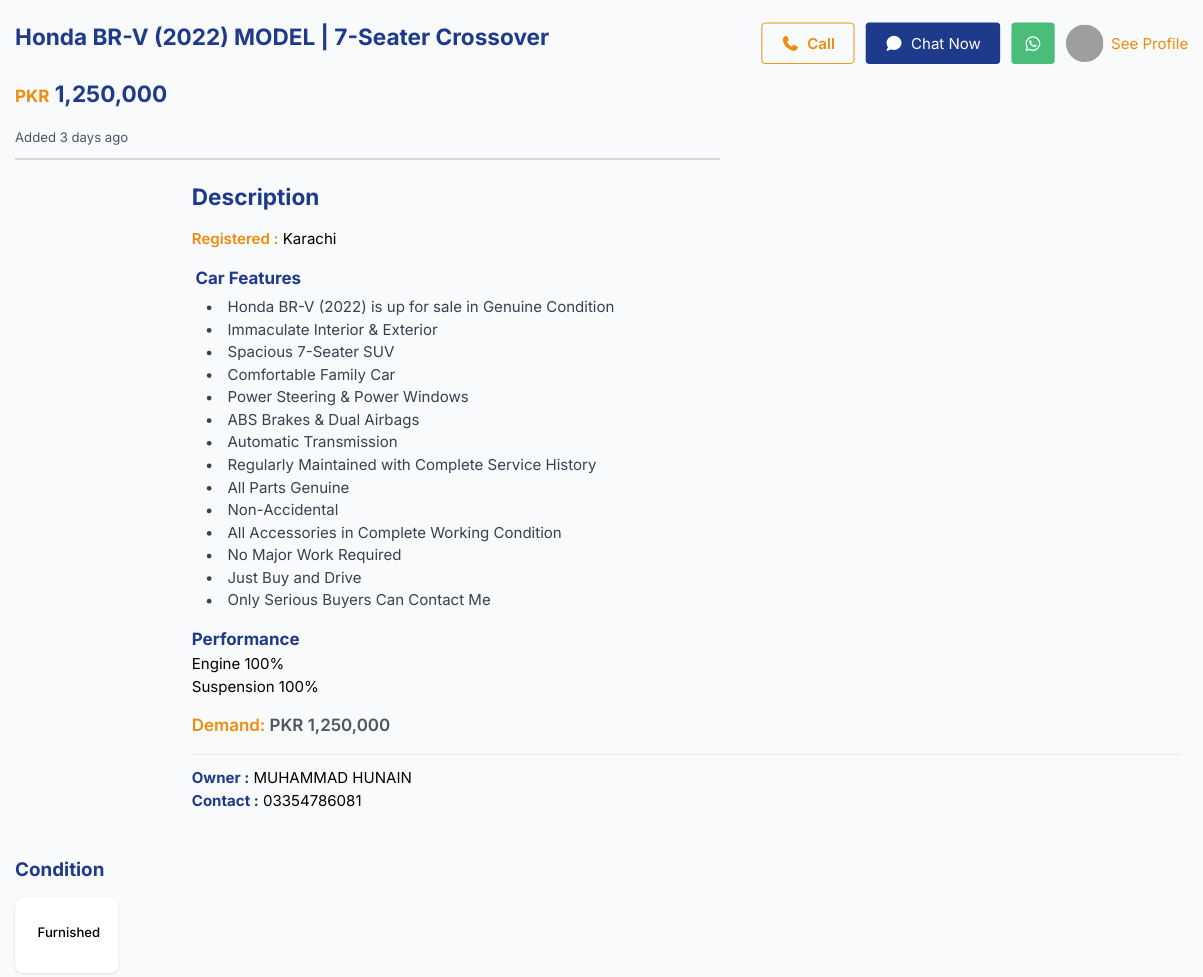
Repository: ARFA-SAEED/miljayega
Page: src/motorsPage/bikes_1.html
These files come from the project's save history. The page is drawn as it stood at one moment and after the next save; the edit follows.
The browser window is 1280 px wide. The pictures show the part of the page from y = 633 to 1672 px (the page is 2654 px tall), at 94% of full size.
Pictures or frames that could not be fetched are drawn as grey boxes. A picture or video elsewhere on the page could not be fetched, so the positions and the page height are approximate. Some web fonts or font styles are not loaded; a fallback is used. Some web libraries are served in a nearby version.

Above is the page before, as saved 2025-08-25 13:32:03.

After the next save:
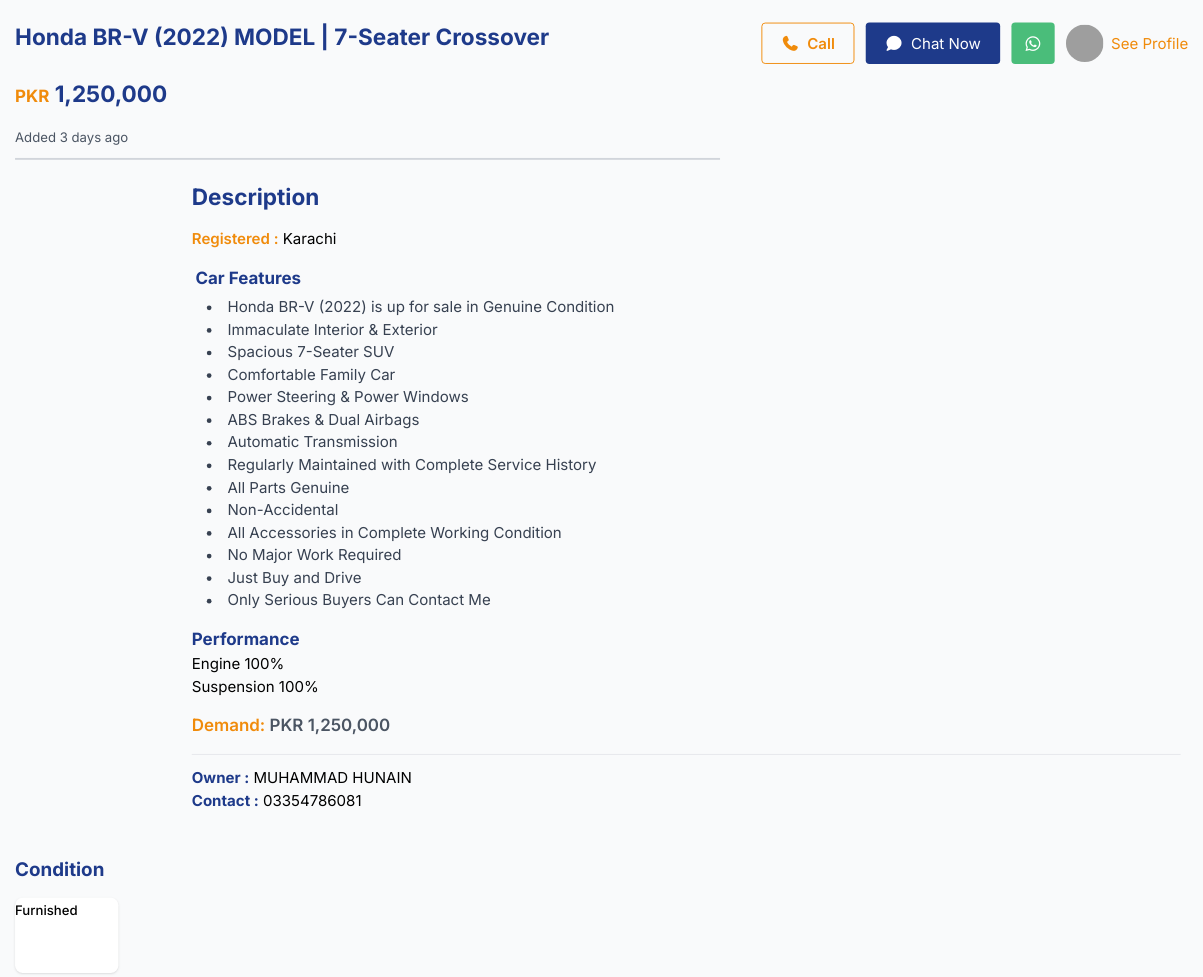
Saved 11 s later.
--- a/src/motorsPage/bikes_1.html
+++ b/src/motorsPage/bikes_1.html
@@ -189,7 +189,7 @@
     <div class="container mx-auto px-4 mt-6">
         <h1 class="text-blue-900 font-bold text-xl">Condition</h1>
 
-        <div class=" mt-4 shadow rounded-lg h-20 w-[110px] bg-white p-6">
+        <div class=" mt-4 shadow rounded-lg h-20 w-[110px] bg-white items-center">
 
             <span class="text-sm font-medium">Furnished</span>
         </div>
